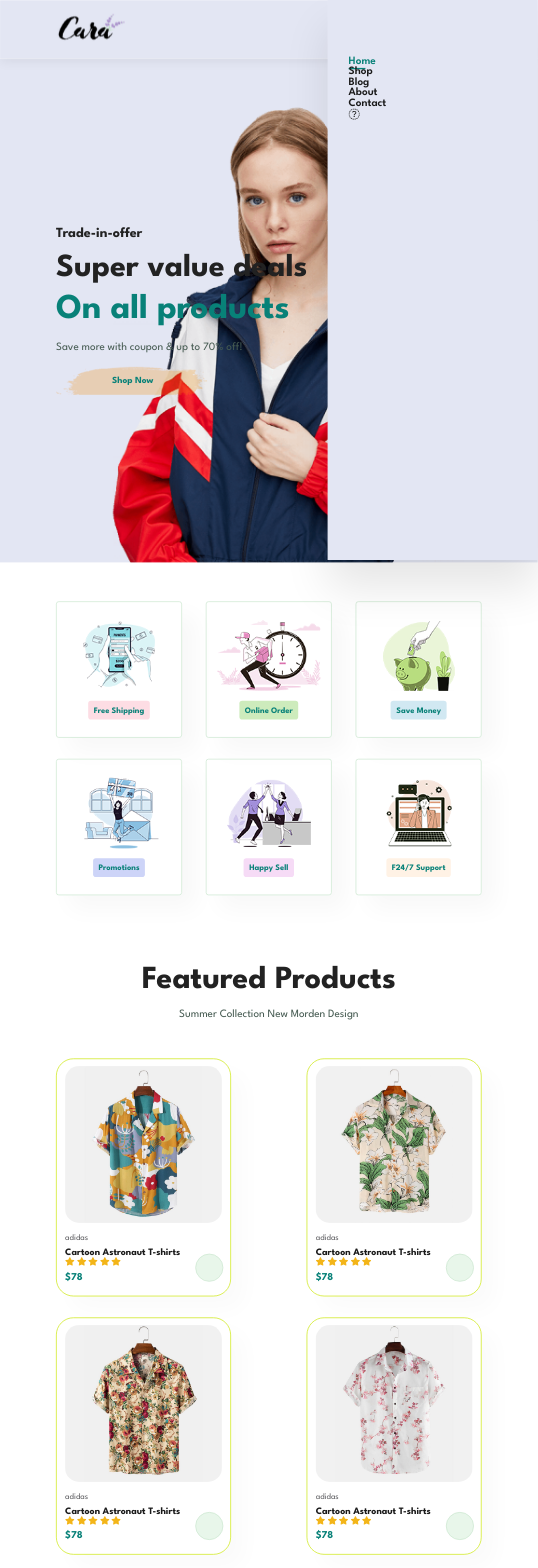
Repository: quy261001/cara
Page: index.html
An editor plug-in stored every save of this project. The page is shown before and after the next save, followed by the edit.
The browser window is 768 px wide. The pictures show the part of the page from y = 0 to 2240 px (the page is 7417 px tall), at 70% of full size.

Above is the page before, as saved 2022-05-02 14:04:30.

After the next save:
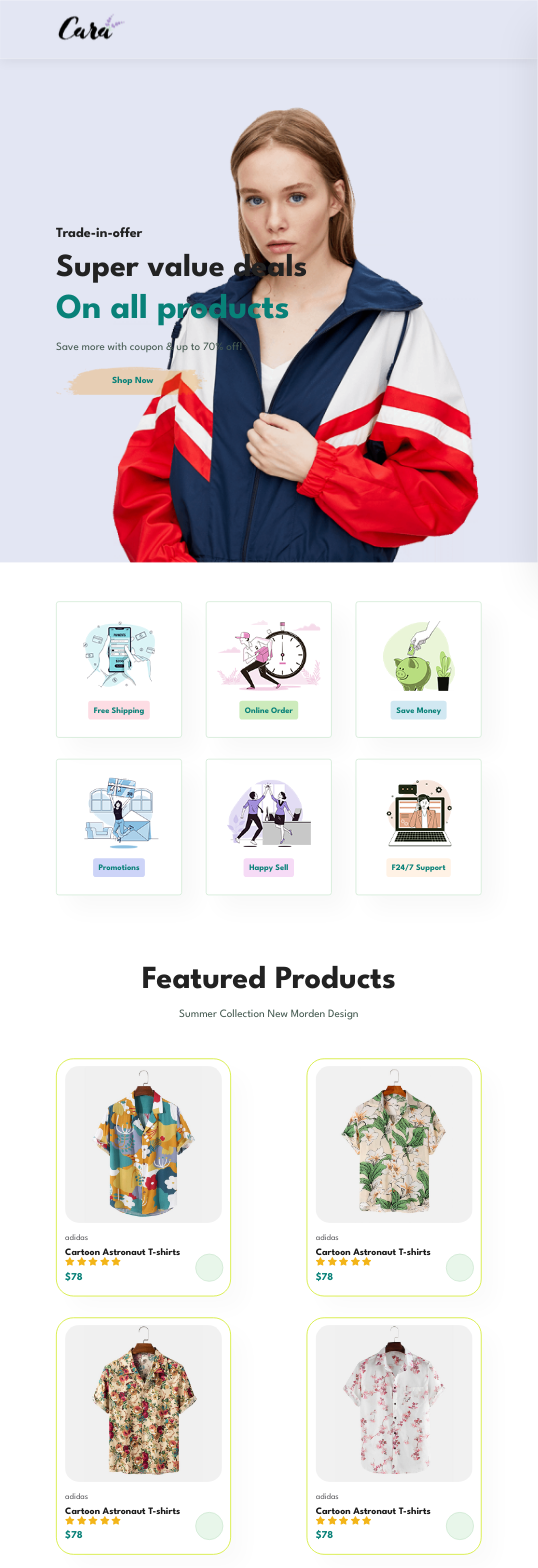
Saved 63 s later.
--- a/style.css
+++ b/style.css
@@ -480,11 +480,14 @@ footer a:hover {
     justify-content: flex-start;
     position: fixed;
     top: 0;
-    right: 0;
+    right: -300px;
     height: 100vh;
     width: 300px;
     background-color: #E3E6F3;
     box-shadow: 0 40px 60px rgba(0, 0, 0, 0.1);
     padding: 80px 0 0 10px;
   }
-}
+  .navbar li {
+
+  }
+}
